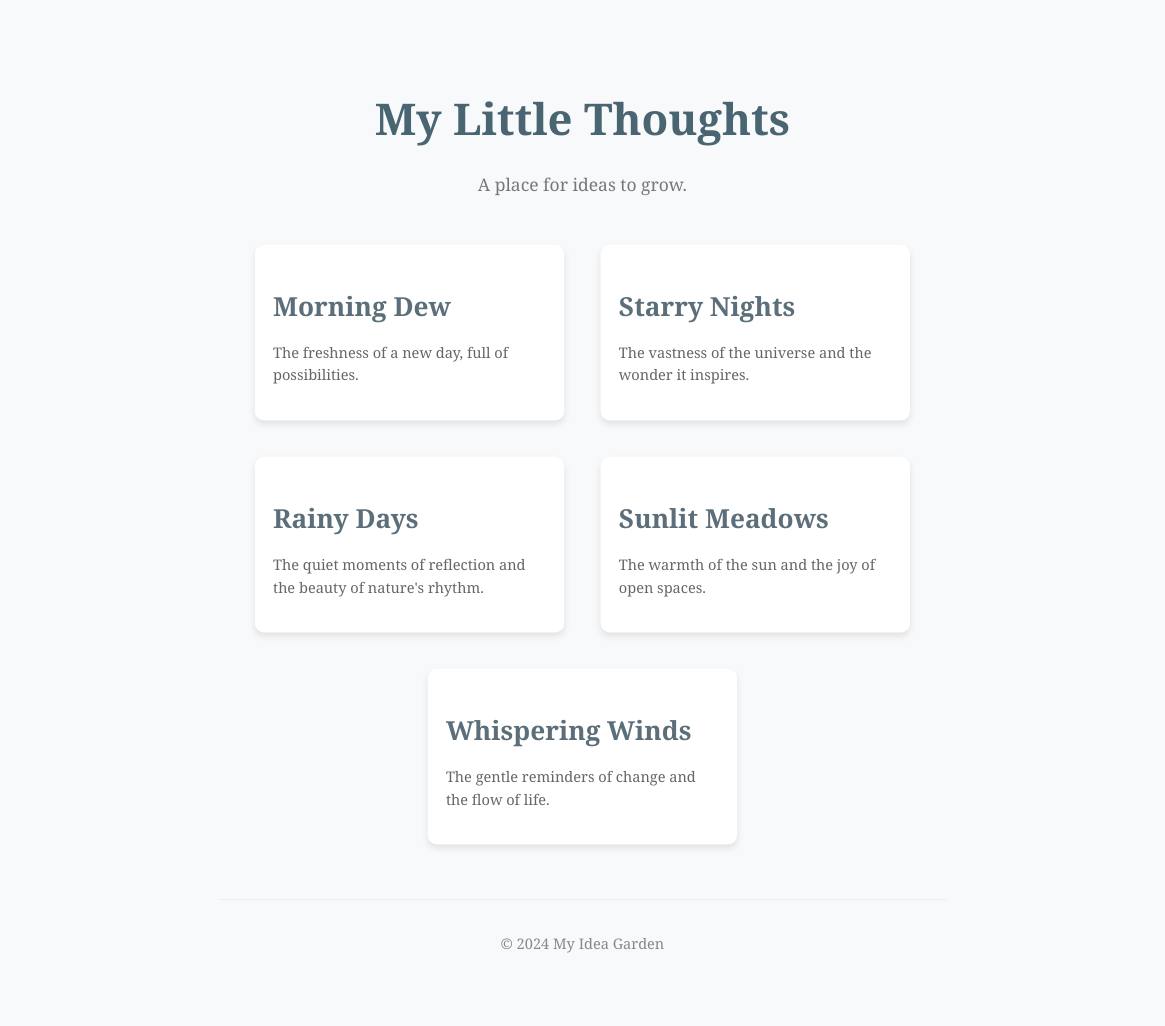
Repository: kondurupriyanka/Frontend_Assignment
Page: index.html
An editor plug-in stored every save of this project. The page is shown before and after the next save, followed by the edit.
The browser window is 1280 px wide. The pictures show the whole page, at 91% of full size.

Above is the page before, as saved 2025-03-07 15:10:01.

### index.html
<!DOCTYPE html>
<html lang="en">
<head>
    <meta charset="UTF-8">
    <meta name="viewport" content="width=device-width, initial-scale=1.0">
    <title>My Idea Garden</title>
    <link rel="stylesheet" href="style.css">
</head>
<body>
    <div class="garden-container">
        <header>
            <h1>My Little Thoughts</h1>
            <p>A place for ideas to grow.</p>
        </header>
        <main id="idea-space">
            </main>
        <footer>
            <p>&copy; 2024 My Idea Garden</p>
        </footer>
    </div>
    <script src="script.js"></script>
</body>
</html>

### style.css
body {
    font-family: 'Georgia', serif;
    margin: 0;
    padding: 0;
    background-color: #f8f9fa; /* Light, natural background */
    color: #333;
    line-height: 1.6;
}

.garden-container {
    max-width: 800px;
    margin: 40px auto;
    padding: 20px;
}

header {
    text-align: center;
    margin-bottom: 30px;
}

header h1 {
    font-size: 3em;
    color: #4a6572; /* Soft, earthy blue */
    margin-bottom: 10px;
}

header p {
    font-size: 1.2em;
    color: #777;
}

#idea-space {
    display: flex;
    flex-wrap: wrap;
    justify-content: center;
}

.idea-card {
    background-color: #fff;
    border-radius: 10px;
    padding: 20px;
    margin: 20px;
    width: 300px;
    box-shadow: 0 4px 8px rgba(0, 0, 0, 0.1);
    transition: transform 0.3s ease; /* Gentle animation */
}

.idea-card:hover {
    transform: translateY(-5px); /* Subtle lift on hover */
}

.idea-card h2 {
    color: #5c6e79;
    font-size: 1.8em;
    margin-bottom: 10px;
}

.idea-card p {
    color: #666;
}

footer {
    text-align: center;
    margin-top: 40px;
    padding-top: 20px;
    border-top: 1px solid #eee;
    color: #888;
}

### script.js
document.addEventListener('DOMContentLoaded', function() {
    const ideas = [
        { title: "Morning Dew", description: "The freshness of a new day, full of possibilities." },
        { title: "Starry Nights", description: "The vastness of the universe and the wonder it inspires." },
        { title: "Rainy Days", description: "The quiet moments of reflection and the beauty of nature's rhythm." },
        { title: "Sunlit Meadows", description: "The warmth of the sun and the joy of open spaces." },
        { title: "Whispering Winds", description: "The gentle reminders of change and the flow of life." }
    ];

    const ideaSpace = document.getElementById('idea-space');

    ideas.forEach(idea => {
        const ideaCard = document.createElement('div');
        ideaCard.className = 'idea-card';

        const title = document.createElement('h2');
        title.textContent = idea.title;

        const description = document.createElement('p');
        description.textContent = idea.description;

        ideaCard.appendChild(title);
        ideaCard.appendChild(description);
        ideaSpace.appendChild(ideaCard);
    });
});

After the next save:
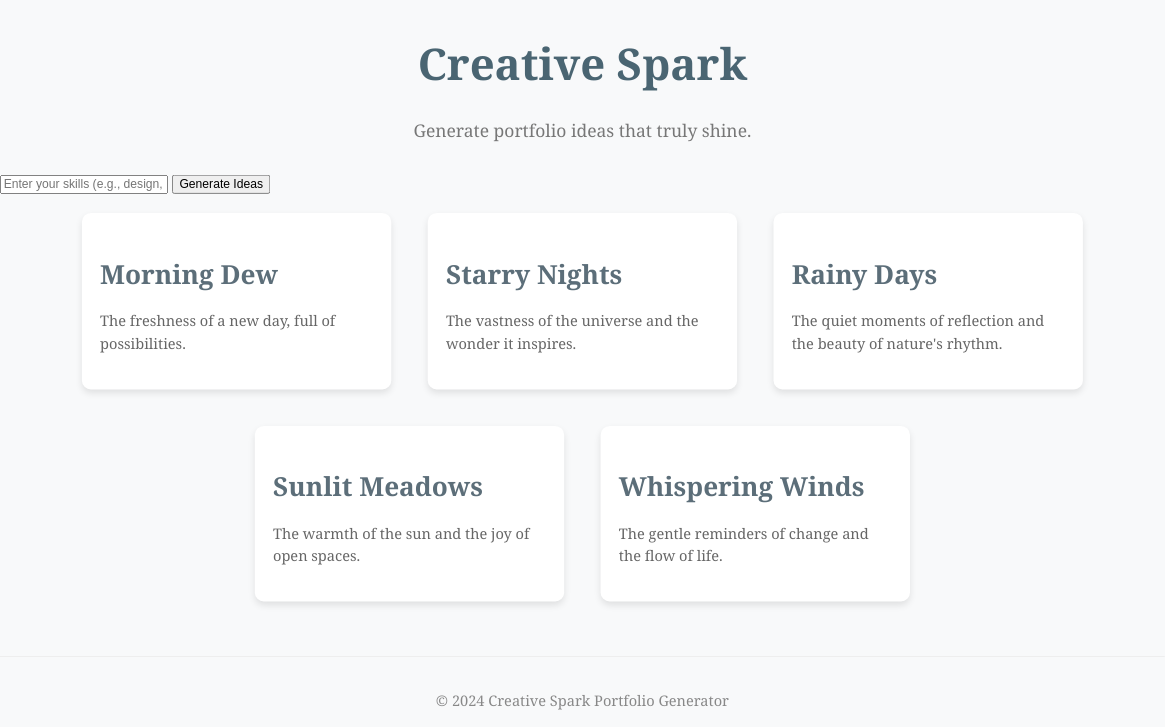
Saved 114 s later.
--- a/index.html
+++ b/index.html
@@ -3,21 +3,26 @@
 <head>
     <meta charset="UTF-8">
     <meta name="viewport" content="width=device-width, initial-scale=1.0">
-    <title>My Idea Garden</title>
+    <title>Creative Spark Portfolio Generator</title>
     <link rel="stylesheet" href="style.css">
 </head>
 <body>
-    <div class="garden-container">
+    <div class="spark-container">
         <header>
-            <h1>My Little Thoughts</h1>
-            <p>A place for ideas to grow.</p>
+            <h1>Creative Spark</h1>
+            <p>Generate portfolio ideas that truly shine.</p>
         </header>
+        <div class="controls">
+            <input type="text" id="user-skills" placeholder="Enter your skills (e.g., design, coding, writing)">
+            <button id="generate-button">Generate Ideas</button>
+        </div>
         <main id="idea-space">
-            </main>
+        </main>
         <footer>
-            <p>&copy; 2024 My Idea Garden</p>
+            <p>&copy; 2024 Creative Spark Portfolio Generator</p>
         </footer>
     </div>
+    <div class="background-visual"></div>
     <script src="script.js"></script>
 </body>
 </html>
